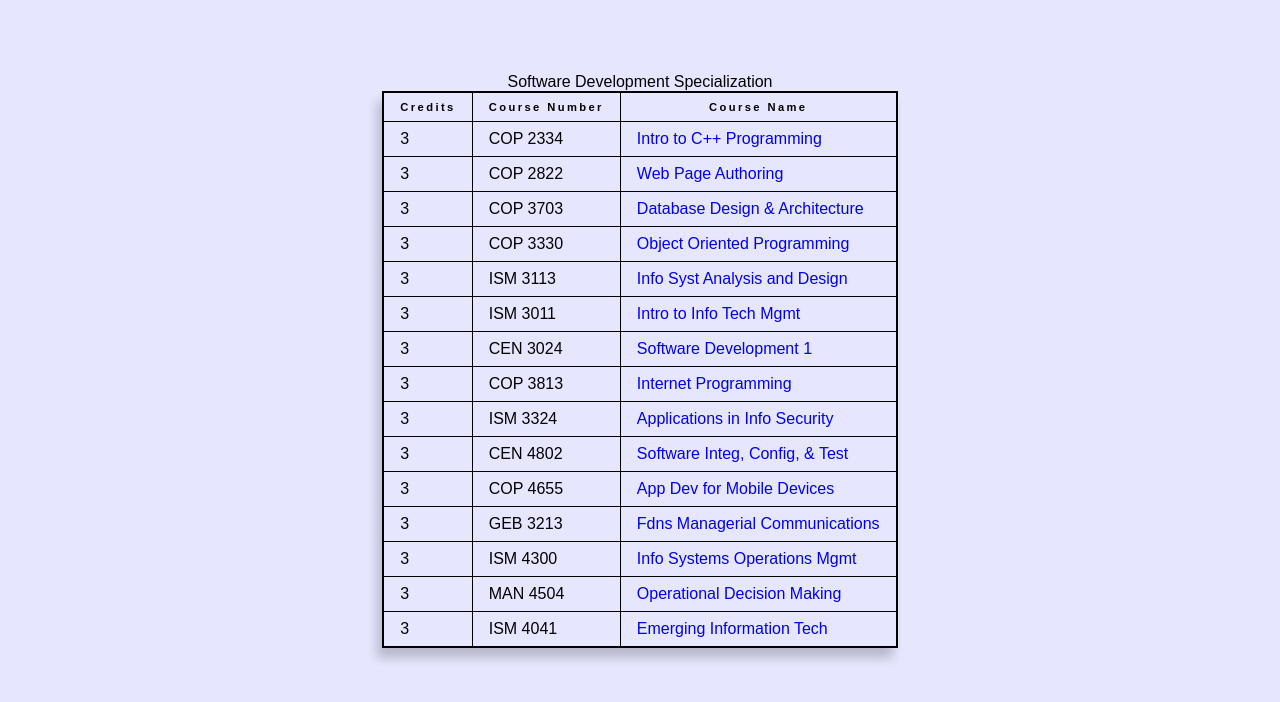
Repository: mlmEFSC21/P3-DegreeSpecializationTable
Page: index.html
These files come from the project's save history. The page is drawn as it stood at one moment and after the next save; the edit follows.
The browser window is 1280 px wide. The pictures show the whole page.
Some web fonts or font styles are not loaded; a fallback is used.

Above is the page before, as saved 2022-02-01 21:22:10.

### index.html
<!DOCTYPE html>
<html lang="en">
    <head>
        <meta charset="UTF-8" />
        <meta http-equiv="X-UA-Compatible" content="IE=edge" />
        <meta name="viewport" content="width=device-width, initial-scale=1.0" />
        <link rel="stylesheet" href="tableStyles.css" />
        <title>Degree Specialization Table</title>
    </head>
    <body>
        <table>
            <caption class="tableTitle">
                Software Development Specialization
            </caption>
            <thead>
                <tr class="colTitles">
                    <th>Credits</th>
                    <th>Course Number</th>
                    <th>Course Name</th>
                </tr>
            </thead>
            <tbody>
                <tr>
                    <td>3</td>
                    <td>COP 2334</td>
                    <td>
                        <a
                            href="https://bannerweb.easternflorida.edu/prod/bwckctlg.p_disp_course_detail?cat_term_in=202210&subj_code_in=COP&crse_numb_in=1000"
                            >Intro to C++ Programming</a
                        >
                    </td>
                </tr>
                <tr>
                    <td>3</td>
                    <td>COP 2822</td>
                    <td>
                        <a
                            href="https://bannerweb.easternflorida.edu/prod/bwckctlg.p_disp_course_detail?cat_term_in=202210&subj_code_in=COP&crse_numb_in=2822"
                            >Web Page Authoring</a
                        >
                    </td>
                </tr>
                <tr>
                    <td>3</td>
                    <td>COP 3703</td>
                    <td>
                        <a
                            href="https://bannerweb.easternflorida.edu/prod/bwckctlg.p_disp_course_detail?cat_term_in=202210&subj_code_in=COP&crse_numb_in=3703"
                            >Database Design & Architecture</a
                        >
                    </td>
                </tr>
                <tr>
                    <td>3</td>
                    <td>COP 3330</td>
                    <td>
                        <a
                            href="https://bannerweb.easternflorida.edu/prod/bwckctlg.p_disp_course_detail?cat_term_in=202210&subj_code_in=COP&crse_numb_in=3330"
                            >Object Oriented Programming</a
                        >
                    </td>
                </tr>
                <tr>
                    <td>3</td>
                    <td>ISM 3113</td>
                    <td>
                        <a
                            href="https://bannerweb.easternflorida.edu/prod/bwckctlg.p_disp_course_detail?cat_term_in=202210&subj_code_in=ISM&crse_numb_in=3113"
                            >Info Syst Analysis and Design</a
                        >
                    </td>
                </tr>
                <tr>
                    <td>3</td>
                    <td>ISM 3011</td>
                    <td>
                        <a
                            href="https://bannerweb.easternflorida.edu/prod/bwckctlg.p_disp_course_detail?cat_term_in=202210&subj_code_in=ISM&crse_numb_in=3011"
                            >Intro to Info Tech Mgmt</a
                        >
                    </td>
                </tr>
                <tr>
                    <td>3</td>
                    <td>CEN 3024</td>
                    <td>
                        <a
                            href="https://bannerweb.easternflorida.edu/prod/bwckctlg.p_disp_course_detail?cat_term_in=202210&subj_code_in=CEN&crse_numb_in=3024"
                            >Software Development 1</a
                        >
                    </td>
                </tr>
                <tr>
                    <td>3</td>
                    <td>COP 3813</td>
                    <td>
                        <a
                            href="https://bannerweb.easternflorida.edu/prod/bwckctlg.p_disp_course_detail?cat_term_in=202210&subj_code_in=COP&crse_numb_in=3813"
                            >Internet Programming</a
                        >
                    </td>
                </tr>
                <tr>
                    <td>3</td>
                    <td>ISM 3324</td>
                    <td>
                        <a
                            href="https://bannerweb.easternflorida.edu/prod/bwckctlg.p_disp_course_detail?cat_term_in=202210&subj_code_in=ISM&crse_numb_in=3324"
                            >Applications in Info Security</a
                        >
                    </td>
                </tr>
                <tr>
                    <td>3</td>
                    <td>CEN 4802</td>
                    <td>
                        <a
                            href="https://bannerweb.easternflorida.edu/prod/bwckctlg.p_disp_course_detail?cat_term_in=202210&subj_code_in=CEN&crse_numb_in=4802"
                            >Software Integ, Config, & Test</a
                        >
                    </td>
                </tr>
                <tr>
                    <td>3</td>
                    <td>COP 4655</td>
                    <td>
                        <a
                            href="https://bannerweb.easternflorida.edu/prod/bwckctlg.p_disp_course_detail?cat_term_in=202210&subj_code_in=COP&crse_numb_in=4655"
                            >App Dev for Mobile Devices</a
                        >
                    </td>
                </tr>
                <tr>
                    <td>3</td>
                    <td>GEB 3213</td>
                    <td>
                        <a
                            href="https://bannerweb.easternflorida.edu/prod/bwckctlg.p_disp_course_detail?cat_term_in=202210&subj_code_in=GEB&crse_numb_in=3213"
                            >Fdns Managerial Communications</a
                        >
                    </td>
                </tr>
                <tr>
                    <td>3</td>
                    <td>ISM 4300</td>
                    <td>
                        <a
                            href="https://bannerweb.easternflorida.edu/prod/bwckctlg.p_disp_course_detail?cat_term_in=202210&subj_code_in=ISM&crse_numb_in=4300"
                            >Info Systems Operations Mgmt</a
                        >
                    </td>
                </tr>
                <tr>
                    <td>3</td>
                    <td>MAN 4504</td>
                    <td>
                        <a
                            href="https://bannerweb.easternflorida.edu/prod/bwckctlg.p_disp_course_detail?cat_term_in=202210&subj_code_in=MAN&crse_numb_in=4504"
                            >Operational Decision Making</a
                        >
                    </td>
                </tr>
                <tr>
                    <td>3</td>
                    <td>ISM 4041</td>
                    <td>
                        <a
                            href="https://bannerweb.easternflorida.edu/prod/bwckctlg.p_disp_course_detail?cat_term_in=202210&subj_code_in=ISM&crse_numb_in=4041"
                            >Emerging Information Tech</a
                        >
                    </td>
                </tr>
            </tbody>
        </table>
    </body>
</html>

### tableStyles.css
@import url("https://fonts.googleapis.com/css2?family=Spectral:wght@400&display=swap");

:root {
    --clr-prime: #003c5e;
    --clr-second: #1a2028;
    --clr-accent: #8fb500;
    --clr-font-prime: #5b8ead;
    --clr-font-second: black;
    --clr-background: #e6e6ff;
}
*,
*::before,
*::after {
    margin: 0;
    padding: 0;
    box-sizing: border-box;
}
body {
    font-family: Spectral, sans-serif;
    height: 100vh;
    display: grid;
    align-items: center;
    justify-content: center;
    background-color: var(--clr-background);
}
table {
    border-collapse: collapse;
    box-shadow: -5px 10px 10px rgba(0, 0, 0, 0.2);
    border: 2px solid black;
    padding: 0.25rem;
}
thead {
    letter-spacing: 0.15rem;
    font-size: 0.7rem;
    font-weight: 900;
}
th {
    border: 1px solid black;
    padding: 0.5rem 1rem;
}
td {
    border: 1px solid black;
    padding: 0.5rem 1rem;
    align-items: center;
    justify-content: center;
}
a {
    text-decoration: none;
}

After the next save:
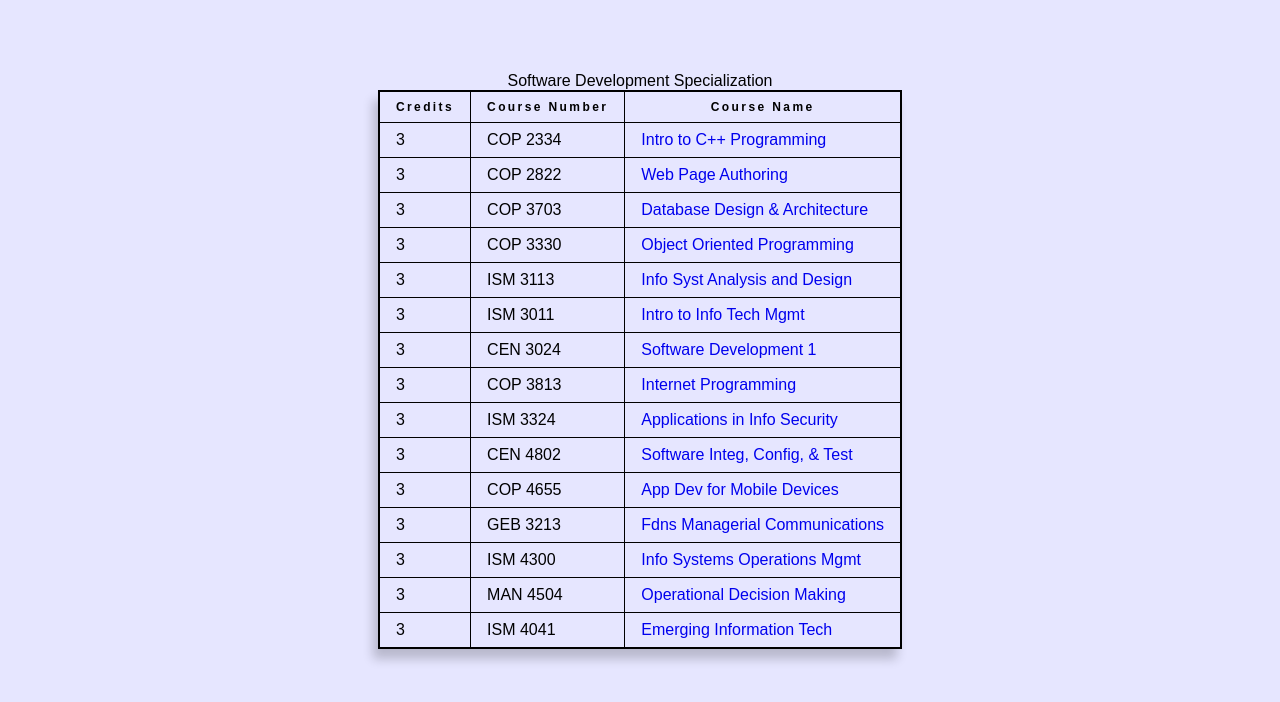
Saved 4 s later.
--- a/tableStyles.css
+++ b/tableStyles.css
@@ -31,7 +31,7 @@ table {
 }
 thead {
     letter-spacing: 0.15rem;
-    font-size: 0.7rem;
+    font-size: 0.75rem;
     font-weight: 900;
 }
 th {
